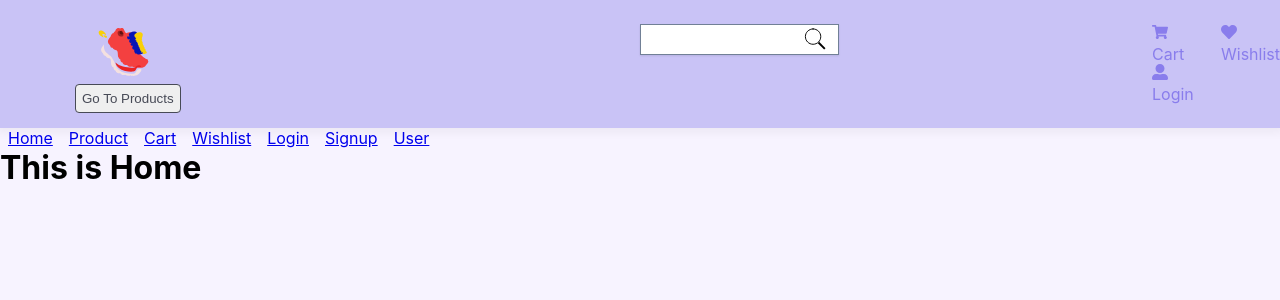
Repository: Irfan-vit/shoecase
Page: /
An editor plug-in stored every save of this project. The page is shown before and after a run of saves, followed by the edit.
The browser window is 1280 px wide. The pictures show the whole page.
The page's requests for data from a server got no answer. The project was rebuilt for these pictures with package versions that can differ from the ones it lists, and the page was loaded fresh each time. No one was signed in, and anything a server would have sent is missing. Also part of the build but not shown: src/pages/Product/ProductPage.jsx, src/pages/cart/CartPage.jsx, src/pages/wishlist/WishlistPage.jsx, src/pages/login/LoginPage.jsx, src/pages/signup/SignupPage.jsx, src/pages/user/StyledUser.jsx, src/components/forms/addAddress/AddAddress.jsx, src/components/forms/editAddress/EditAddress.jsx and 4 more.

Above is the page before, as saved 2023-05-22 04:41:31.

### src/index.js
import React, { useState } from 'react'
import { createRoot } from 'react-dom/client'
import { BrowserRouter } from 'react-router-dom'
import { makeServer } from './server'
import App from './App'

import { AuthProvider } from './context/AuthContext'
import { ToastContainer } from 'react-toastify'
import { ThemeProvider } from 'styled-components'
import { defaultTheme } from './utils/theme/theme'
import GlobalStyles from './utils/theme/Global'
import 'react-toastify/dist/ReactToastify.min.css'
import './utils/css/typography.css'
import './utils/css/colors.css'

// Call make Server
makeServer()

createRoot(document.getElementById('root')).render(
  <BrowserRouter>
    <AuthProvider>
      <ThemeProvider theme={defaultTheme}>
        <App />
        <ToastContainer />
        <GlobalStyles />
      </ThemeProvider>
    </AuthProvider>
  </BrowserRouter>,
)

### src/App.jsx
import { useEffect } from 'react'
import { Routes, Route, Link } from 'react-router-dom'
import axios from 'axios'

import Home from './pages/home/HomePage'
import Product from './pages/Product/ProductPage'
import Cart from './pages/cart/CartPage'
import Wishlist from './pages/wishlist/WishlistPage'
import Login from './pages/login/LoginPage'
import Signup from './pages/signup/SignupPage'
import User from './pages/user/User'

import RequiresAuth from './components/RequiresAuth'
import { useAuth } from './context/AuthContext'
import NavBar from './components/navBar/NavBar'

function App() {
  async function getCat() {
    const res = await axios.get('/api/products')
    const dat = res.data.products
    console.log(dat)
  }
  useEffect(() => {
    getCat()
  }, [])
  return (
    <div className="App">
      <NavBar />
      <nav>
        <Link to="/" style={{ padding: '0.5rem' }}>
          Home
        </Link>
        <Link to="/product" style={{ padding: '0.5rem' }}>
          Product
        </Link>
        <Link to="/cart" style={{ padding: '0.5rem' }}>
          Cart
        </Link>
        <Link to="/wishlist" style={{ padding: '0.5rem' }}>
          Wishlist
        </Link>
        <Link to="/login" style={{ padding: '0.5rem' }}>
          Login
        </Link>
        <Link to="/signup" style={{ padding: '0.5rem' }}>
          Signup
        </Link>
        <Link to="/user" style={{ padding: '0.5rem' }}>
          User
        </Link>
      </nav>
      <Routes>
        <Route path="/" element={<Home />} />
        <Route path="/product" element={<Product />} />
        <Route path="/wishlist" element={<Wishlist />} />
        <Route path="/login" element={<Login />} />
        <Route path="/signup" element={<Signup />} />
        {/* <Route path="/user" element={<User />} /> */}
        <Route
          path="/cart"
          element={
            <RequiresAuth>
              <Cart />
            </RequiresAuth>
          }
        />
        <Route
          path="/user"
          element={
            <RequiresAuth>
              <User />
            </RequiresAuth>
          }
        />
      </Routes>
    </div>
  )
}

export default App

### src/context/AuthContext.jsx
import { createContext, useContext, useEffect, useState } from 'react'
import { useNavigate, useLocation } from 'react-router-dom'
import axios from 'axios'
import { login, signup } from '../api/auth/apiAuth'

const AuthContext = createContext()

const AuthProvider = ({ children }) => {
  const localStorageToken = JSON.parse(localStorage.getItem('token'))
  const navigate = useNavigate()
  const location = useLocation()
  const [token, setToken] = useState(localStorageToken?.token)
  const [userDetails, setUserDetails] = useState(localStorageToken?.user)

  async function getUser({ email, password }, e) {
    try {
      e.preventDefault()
      const {
        data: { foundUser, encodedToken },
      } = await login({ email, password })
      localStorage.setItem(
        'token',
        JSON.stringify({ token: encodedToken, user: foundUser }),
      )
      setToken(encodedToken)
      setUserDetails(foundUser)
      console.log(foundUser)
      navigate(location?.state?.from?.pathname ?? '/', { replace: true })
    } catch {
      console.error('invalid Credentials')
    }
  }

  async function setUser({ email, password }, e) {
    try {
      e.preventDefault()
      const {
        data: { createdUser, encodedToken },
      } = await signup({ email, password })
      console.log(createdUser, encodedToken, 'response data')
      localStorage.setItem(
        'token',
        JSON.stringify({ token: encodedToken, user: createdUser }),
      )
      setToken(encodedToken)
      setUserDetails(createdUser)
      console.log(createdUser)
      navigate('/')
    } catch {
      console.error('invalid signup')
    }
  }
  return (
    <AuthContext.Provider
      value={{ getUser, setUser, token, setToken, userDetails, setUserDetails }}
    >
      {children}
    </AuthContext.Provider>
  )
}

const useAuth = () => useContext(AuthContext)

export { AuthProvider, useAuth }

### src/utils/theme/theme.js
import defaultColors from './defaultThemeColors'
// import typography from './typogarphy'
export const defaultTheme = {
  primaryBg: defaultColors.primaryBg,
  offSetBg: defaultColors.offSetBg,
  primaryText: defaultColors.primaryText,
  PrimaryHeading: defaultColors.PrimaryHeading,
  offSetText: defaultColors.offSetText,
  action: defaultColors.action,
  actionOffSet: defaultColors.actionOffSet,
  higilight: defaultColors.higilight,
}
export const darkTheme = {
  primaryBg: defaultColors.primaryBg,
  offSetBg: defaultColors.offSetBg,
  textOnPrimary: defaultColors.textOnPrimary,
  textOnOffSet: defaultColors.textOnOffSet,
  action: defaultColors.action,
  textColor: defaultColors.textColor,
  textMuted: defaultColors.textMuted,
}

### src/utils/theme/Global.js
import { createGlobalStyle } from 'styled-components'

const GlobalStyles = createGlobalStyle`
html {
    box-sizing: border-box;
    font-size: 16px;
    font-family: var(--font-family-body);
  }
*, *::before, *::after {
    box-sizing: inherit;
    Margin:0;
    Padding:0;
    Border:0;
}
body{
  background-color: ${(props) => props.theme.primaryBg};
}
`
export default GlobalStyles

### src/utils/css/typography.css
html {
    box-sizing: border-box;
    font-size: 16px;
    font-family: var(--font-family-body);
  }
*, *::before, *::after {
    box-sizing: inherit;
    Margin:0;
    Padding:0;
    Border:0;
}

:root{
    --font-family-hero: CircularPro, "Gill Sans", "Gill Sans MT", "Helvetica Neue", Helvetica, Arial, sans-serif;
    --font-family-headings: CircularPro, Sans, apple-system, sans-serif;
    --font-family-body: -apple-system, BlinkMacSystemFont, "Segoe UI", Roboto, Helvetica, Arial, sans-serif, "Apple Color Emoji", "Segoe UI Emoji", "Segoe UI Symbol";
    --font-family-serif: Georgia, "Times New Roman", serif;
    --font-family-mono: Menlo, Monaco, "Courier New", monospace;
    --font-xxxs: 0.425rem;
    --font-xxs: 0.625rem;
    --font-xs: 0.7rem;
    --font-sm: 0.875rem;
    --font-md: 1rem;
    --font-lg: 1.25rem;
    --font-xl: 1.5rem;
    --font-xxl: 2.25rem;
    --font-xxxl: 3rem;
    --font-xxxxl: 4rem;
    --font-weight-light: 300;
    --font-weight-normal: 400;
    --font-weight-strong: 500;
    --font-weight-semi-bold: 600;
    --font-weight-bold: 700;
    --primary-color: #6c5ce7;
    --primary-heavy: #5d4aec;
    --primary-light: #897dec;
    --text-on-primary: #ffffff;
    --primary-bg: #eceaff;
    --primary-bg-heavy: #c9c3f6;
    --secondary-color: #ffffff;
    --secondary-heavy: #ffffff;
    --secondary-light: #ffffff;
    --text-on-secondary: #6c5ce7;
    --secondary-bg: #ffffff;
    --secondary-bg-heavy: #ffffff;
    --error-color: #e62e5c;
    --error-heavy: #d31948;
    --error-light: #f086a0;
    --error-bg: #f7bac9;
    --error-bg-heavy: #8d1130;
    --spacing-unit: 6px;
    --margins: 2;
    --margin-size: (var(--margins) * 2);
    --cell-padding: (4 * var(--spacing-unit));
    --grid-gutter: (var(--margins) * var(--spacing-unit));
    --grid-margin: (var(--margin-size) * var(--spacing-unit));
    --cell-margin: (var(--grid-gutter) / 2);
    --border-radius-small: 0.125rem;
    --border-radius-medium: 0.25rem;
    --border-radius-large: 0.5rem;
    --border-radius-x-large: 1rem;
    --border-radius-circle: 50%;
    --border-radius-pill: 9999px;
    --border-size1: 1px;
    --border-size2: 2px;
    --border-size3: 3px;
    --border-size4: 4px;
    --text-color: #718096;
    --text-bright: #000;
    --text-muted: #a9b1ba;
    --bg-color: #fff;
    --background-body: #202b38;
    --background: #161f27;
    --background-alt: #1a242f;
    --box-shadow: 0 -1px 1px 0 rgba(0, 0, 0, 0.09), 0 2px 2px 0 rgba(0, 0, 0, 0.23);
    --box-shadow-x-small: 0 1px 0 #0d131e0d;
    --box-shadow-small: 0 1px 2px #0d131e1a;
    --box-shadow-medium: 0 2px 4px #0d131e1a;
    --box-shadow-large: 0 2px 8px #0d131e1a;
    --box-shadow-x-large: 0 4px 16px #0d131e1a;
    --border-color: #fff;
    --form-placeholder: #a9a9a9;
    --form-text: #fff;
    --color-focus-outline: #4299e14c;
    --tertiary-color: #8367C7;
    --complimentary-color: #F0FFF1;
    --twitter: #1da1f2;
    --slack: #4a154b;
    --github: #24292e;
    --heading-xxs: 1rem;
    --heading-xs: 1.1rem;
    --heading-sm: 1.25rem;
    --heading-md: 1.5rem;
    --heading-lg: 2rem;
    --heading-xl: 3rem;
    --heading-xxl: 4rem;
}

### src/utils/css/colors.css
:root{
    --background-color: #FFFFFF;
    --on-background-color: #2B2B2B;
    --on-background-low-color: #9598A1;
    --on-background-medium-color: #707279;
    --on-background-high-color: #2B2B2B;
    --primary-color: #6C5CE7;
    --on-primary-color: #FFFFFF;
    --border-medium-color: #EDEDED;
    --border-medium-hover-color: #CECECE;
    --border-medium-focus-color: #C6C6C6;
    --border-medium-active-color: #AFAFAF;
    --border-high-color: #BABEC9;
    --border-high-hover-color: #A3A6B0;
    --border-high-focus-color: #9DA1A9;
    --border-high-active-color: #8C8F96;
    --border-primary-color: #6C5CE7;
    --border-primary-hover-color: #8376EB;
    --border-primary-focus-color: #897DEC;
    --border-primary-active-color: #8F83ED;
    --surface-color: #FFFFFF;
    --surface-hover-color: #EDEBFC;
    --surface-active-color: #DCD8F9;
    --surface-focus-color: #E2DEFA;
    --on-surface-color: #2B2B2B;
    --on-surface-medium-color: #707279;
    --on-surface-low-color: #9598A1;
    --surface01-color: #FFFBFF;
    --surface02-color: #F7F2FD;
    --surface-primary-color: #140068;
    --surface-primary-hover-color: #3A2980;
    --surface-primary-active-color: #433386;
    --surface-primary-focus-color: #4C3D8C;
    --on-surface-primary-color: #FFFFFF;
    --surface-neutral-color: #FFFFFF;
    --surface-neutral-hover-color: #F4F5F6;
    --surface-neutral-focus-color: #F1F2F4;
    --surface-neutral-active-color: #EEEFF2;
    --on-surface-neutral-high-color: #2B2B2B;
    --on-surface-neutral-medium-color: #707279;
    --on-surface-neutral-low-color: #9598A1;
    --positive-color: #37B26C;
    --negative-color: #E62E5C;
    --warning-color: #FFC640;
    --process-color: #0984E3;
    --primary-surface-color: #F6F5FE;
    --positive-surface-color: #F3FAF6;
    --negative-surface-color: #FDF2F5;
    --warning-surface-color: #FFFCF4;
    --process-surface-color: #F0F8FD;
}

### src/backend/controllers/CategoryController.js
import { Response } from "miragejs";

/**
 * All the routes related to Category are present here.
 * These are Publicly accessible routes.
 * */

/**
 * This handler handles gets all categories in the db.
 * send GET Request at /api/categories
 * */

export const getAllCategoriesHandler = function () {
  try {
    return new Response(200, {}, { categories: this.db.categories });
  } catch (error) {
    return new Response(
      500,
      {},
      {
        error,
      }
    );
  }
};

/**
 * This handler handles gets all categories in the db.
 * send GET Request at /api/user/category/:categoryId
 * */

export const getCategoryHandler = function (schema, request) {
  const categoryId = request.params.categoryId;
  try {
    const category = schema.categories.findBy({ _id: categoryId });
    return new Response(200, {}, { category });
  } catch (error) {
    return new Response(
      500,
      {},
      {
        error,
      }
    );
  }
};

### src/backend/controllers/ProductController.js
import { Response } from "miragejs";

/**
 * All the routes related to Product are present here.
 * These are Publicly accessible routes.
 * */

/**
 * This handler handles gets all products in the db.
 * send GET Request at /api/products
 * */

export const getAllProductsHandler = function () {
  return new Response(200, {}, { products: this.db.products });
};

/**
 * This handler handles gets all products in the db.
 * send GET Request at /api/user/products/:productId
 * */

export const getProductHandler = function (schema, request) {
  const productId = request.params.productId;
  try {
    const product = schema.products.findBy({ _id: productId });
    return new Response(200, {}, { product });
  } catch (error) {
    return new Response(
      500,
      {},
      {
        error,
      }
    );
  }
};

### src/backend/db/categories.js
import { v4 as uuid } from 'uuid'
import { casual, fitness, track, sports } from '../../assets/assetsServer'
/**
 * Category Database can be added here.
 * You can add category of your wish with different attributes
 * */

export const categories = [
  {
    _id: uuid(),
    categoryName: 'casual',
    imgSrc: casual,
  },
  {
    _id: uuid(),
    categoryName: 'sports',
    imgSrc: sports,
  },
  {
    _id: uuid(),
    categoryName: 'fitness',
    imgSrc: fitness,
  },
  {
    _id: uuid(),
    categoryName: 'track',
    imgSrc: track,
  },
]

### src/backend/db/products.js
import { v4 as uuid } from 'uuid'
import {
  casualT1,
  casualT2,
  fitnessT1,
  fitnessT2,
  trackT1,
  trackT2,
  sportsT1,
  sportsT2,
} from '../../assets/assetsServer'
/**
 * Product Database can be added here.
 * You can add products of your wish with different attributes
 * */

export const products = [
  {
    _id: uuid(),
    isFeatured: false,
    title: 'Vans Old Skool',
    price: '5499',
    categoryName: 'casual',
    inWishlist: true,
    inCart: true,
    imgSrc: casualT1,
    rating: 4.5,
  },
  {
    _id: uuid(),
    isFeatured: true,
    title: 'Adidas Gazelle',
    price: '7799',
    categoryName: 'casual',
    inWishlist: false,
    inCart: false,
    imgSrc: casualT2,
    rating: 3.0,
  },
  {
    _id: uuid(),
    isFeatured: false,
    title: 'Mizuno sneakers',
    price: '13912',
    categoryName: 'fitness',
    inWishlist: false,
    inCart: false,
    imgSrc: fitnessT1,
    rating: 3.5,
  },
  {
    _id: uuid(),
    isFeatured: true,
    title: 'Reebok Hexaffect',
    price: '7999',
    categoryName: 'fitness',
    inWishlist: false,
    inCart: false,
    imgSrc: fitnessT2,
    rating: 3.0,
  },
  {
    _id: uuid(),
    isFeatured: true,
    title: 'Brroks Hyperion Max',
    price: '5999',
    categoryName: 'track',
    inWishlist: false,
    inCart: false,
    imgSrc: trackT1,
    rating: 3.5,
  },
  {
    _id: uuid(),
    isFeatured: false,
    title: 'Air Zoom Pegasus',
    price: '8996',
    categoryName: 'track',
    inWishlist: false,
    inCart: false,
    imgSrc: trackT2,
    rating: 4.5,
  },
  {
    _id: uuid(),
    isFeatured: true,
    title: 'New Balance Revlitye',
    price: '5890',
    categoryName: 'sports',
    inWishlist: false,
    inCart: false,
    imgSrc: sportsT1,
    rating: 4,
  },
  {
    _id: uuid(),
    isFeatured: false,
    title: 'Hummel Liga GK',
    price: '7199',
    categoryName: 'sports',
    inWishlist: false,
    inCart: false,
    imgSrc: sportsT2,
    rating: 3.5,
  },
]

### src/backend/db/users.js
import { v4 as uuid } from 'uuid'
import { formatDate } from '../utils/authUtils'
/**
 * User Database can be added here.
 * You can add default users of your wish with different attributes
 * Every user will have cart (Quantity of all Products in Cart is set to 1 by default), wishList by default
 * */

export const users = [
  {
    _id: uuid(),
    firstName: 'Adarsh',
    lastName: 'Balika',
    email: 'adarshbalika@gmail.com',
    password: 'adarshbalika',
    address: [],
    createdAt: formatDate(),
    updatedAt: formatDate(),
  },
  {
    _id: uuid(),
    firstName: 'Adarsh',
    lastName: 'Balika',
    email: 'balika@gmail.com',
    password: 'balika',
    address: [],
    createdAt: formatDate(),
    updatedAt: formatDate(),
  },
]

### src/pages/home/HomePage.jsx
const Home = () => {
  return (
    <>
      <h1>This is Home</h1>
    </>
  )
}

export default Home

### src/components/navBar/NavBar.jsx
import { useNavigate } from 'react-router-dom'
import { redirect } from 'react-router-dom'
import { Link } from 'react-router-dom'
import { StyledNavWrapper, StyledNav, StyledNavList } from '../../styles/index'
import { FaShoppingCart, FaHeart, FaUserAlt } from 'react-icons/fa'
import HeroLogo from '../animations/HeroAnimations/HeroLogo'

import SearchInput from '../inputs/SeacrhInput'
import Select from '../select/Select'
// import { useFilterProducts } from '../../context/filterProductsContext'

const NavBar = () => {
  // const { filterDispatch, filterState } = useFilterProducts()
  const navigate = useNavigate()
  return (
    <StyledNavWrapper>
      <StyledNav>
        <div>
          <div>
            <Link to="/">
              <HeroLogo />
            </Link>
          </div>
          <div>
            <Select />
          </div>
        </div>
        <div>
          <div>
            <SearchInput />
          </div>
          <div>
            <StyledNavList>
              <ul>
                <li>
                  <Link to="/cart">
                    <FaShoppingCart />
                    <p>Cart</p>
                  </Link>
                </li>
                <li>
                  <Link to="/wishlist">
                    <FaHeart />
                    <p>Wishlist</p>
                  </Link>
                </li>
                <li>
                  <Link to="">
                    <FaUserAlt />
                    <p>Login</p>
                  </Link>
                </li>
              </ul>
            </StyledNavList>
          </div>
        </div>
      </StyledNav>
    </StyledNavWrapper>
  )
}

export default NavBar

### src/api/auth/apiAuth.js
import axios from 'axios'

export const login = async ({ email, password }) =>
  await axios.post(`/api/auth/login`, {
    email,
    password,
  })

export const signup = async ({ email, password }) =>
  await axios.post(`/api/auth/signup`, {
    email,
    password,
  })

### src/utils/theme/defaultThemeColors.js
const defaultColors = {
  primaryBg: '#f7f3ff',
  PrimaryHeading: '#a9b1ba',
  primaryText: '#718096',
  offSetBg: '#c9c3f6',
  offSetText: '#474a56',
  action: '#885df1',
  actionOffSet: '#ffffff',

  higilight: '#897dec',
  // higilight: '#5D48B8',
}

export default defaultColors

### src/assets/assetsServer.js
import casual from './images/casual.jpg'
import casualT1 from './images/casualT1.jpg'
import casualT2 from './images/casualT2.jpg'
import fitness from './images/fitness.jpg'
import fitnessT1 from './images/fitnessT1.jpg'
import fitnessT2 from './images/fitnessT2.jpg'
import track from './images/track.jpg'
import trackT1 from './images/trackT1.jpg'
import trackT2 from './images/trackT2.jpg'
import sports from './images/sports.jpg'
import sportsT1 from './images/sportsT1.jpg'
import sportsT2 from './images/sportsT2.jpg'
import men from './images/men.jpg'
import mensT1 from './images/mensT1.jpg'
import mensT2 from './images/mensT2.jpg'
import women from './images/women.jpg'
import womensT1 from './images/womensT1.jpg'
import womensT2 from './images/womensT2.jpg'

export {
  casual,
  casualT1,
  casualT2,
  fitness,
  fitnessT1,
  fitnessT2,
  track,
  trackT1,
  trackT2,
  sports,
  sportsT1,
  sportsT2,
  men,
  mensT1,
  mensT2,
  women,
  womensT1,
  womensT2,
}

### src/styles/index.js
export * from './NavBarStyles'
export * from './SelectStyles'
export * from './SearchInputStyles'

### src/components/animations/HeroAnimations/HeroLogo.jsx
import { useLottie, useLottieInteractivity } from 'lottie-react'
import logoRun from '../../../assets/json/logo.json'
const style = {
  height: '4rem',
  width: '4rem',
  display: 'inline-block',
  cursor: 'pointer',
}

const options = {
  animationData: logoRun,
}

const HeroLogo = () => {
  const lottieObj = useLottie(options, style)
  const Animation = useLottieInteractivity({
    lottieObj,
    mode: 'cursor',
    actions: [
      {
        position: { x: [0, 1], y: [0, 1] },
        type: 'seek',
        frames: [49, 72],
      },
      {
        position: { x: -1, y: -1 },
        type: 'stop',
        frames: [72],
      },
    ],
  })

  return Animation
}

export default HeroLogo

### src/components/inputs/SeacrhInput.jsx
import Search from '../animations/Floats/Search'

import { StyledSearchInput } from '../../styles/index'
// import { useFilterProducts } from '../../context/filterProductsContext'
const SearchInput = () => {
  // const { search, setSearch } = useFilterProducts()
  return (
    <form action="">
      <StyledSearchInput>
        <input
          type="text"
          // value={search}
          // onChange={(e) => setSearch(e.target.value)}
        />
        <Search />
      </StyledSearchInput>
    </form>
  )
}
export default SearchInput

### src/components/select/Select.jsx
import { useNavigate } from 'react-router-dom'
// import { useFilterProducts } from '../../context/filterProductsContext'
import { StyledSelect } from '../../styles/index'
import { Link } from 'react-router-dom'

const Select = () => {
  // const { filterDispatch, filterState } = useFilterProducts()
  const navigate = useNavigate()
  return (
    <form action="">
      <label
        htmlFor="categories"
        onSubmit={(e) => {
          e.preventDefault()
        }}
      >
        <StyledSelect name="categories" id="categories">
          <option value="select">
            <Link
              onClick={() => {
                // filterDispatch({ type: 'reset' })
                navigate('/product')
              }}
            >
              Go To Products
            </Link>
          </option>
          <option value="casual">
            <Link
              onClick={() => {
                // filterDispatch({ type: 'casual' })
                navigate('/product')
              }}
            >
              Casual
            </Link>
          </option>
          <option value="fitness">
            <Link
              onClick={() => {
                navigate('/product')
                // filterDispatch({ type: 'fitness' })
              }}
            >
              Fitness
            </Link>
          </option>
          <option value="track">
            <Link
              onClick={() => {
                navigate('/product')
                // filterDispatch({ type: 'track' })
              }}
            >
              Track
            </Link>
          </option>
          <option value="sports">
            <Link
              onClick={() => {
                navigate('/product')
                // filterDispatch({ type: 'sports' })
              }}
            >
              Sports
            </Link>
          </option>
        </StyledSelect>
      </label>
    </form>
  )
}
export default Select

### src/styles/NavBarStyles.jsx
import styled from 'styled-components'

const StyledNavWrapper = styled.aside`
  margin-bottom: 8rem;
`

const StyledNav = styled.nav`
  box-shadow: var(--box-shadow);
  box-shadow: 0px 0px 10px 4px rgb(0 0 0 / 5%);
  z-index: 1;
  position: fixed;
  top: 0;
  width: 100%;
  height: 8rem;
  background-color: ${(props) => props.theme.offSetBg};
  margin: 0 auto;
  display: flex;
  align-items: center;
  justify-content: space-between;
  > :nth-child(1) {
    display: flex;
    flex-flow: column wrap;
    align-items: center;
    flex-basis: 20%;
    justify-content: space-around;
  }
  > :nth-child(2) {
    display: flex;
    justify-content: space-between;
    flex-basis: 80%;
    > :nth-child(1) {
      flex-basis: ;
    }
    > :nth-child(2) {
      flex-basis: 20%;
    }
  }

  @media (min-width: 900px) {
    display: flex;
    justify-content: space-between;
    align-items: center;
    > :nth-child(1) {
      display: flex;
      align-items: center;
      flex-basis: 20%;
      justify-content: space-around;
    }
    > :nth-child(2) {
      flex-basis: 50%;
    }
    > :nth-child(3) {
      flex-basis: 20%;
    }
  }
`

const StyledNavList = styled.div`
  > ul {
    display: flex;
    flex-flow: row wrap;
    list-style-type: none;
    justify-content: space-between;
    align-items: center;
    align-content: center;
  }
  > ul > li {
    flex-basis: 23%;
  }
  > ul > li > a {
    text-decoration: none;
    margin: 0;
    padding: 0;
    transition: 0.3s;
    text-decoration: underline;
    text-decoration-color: transparent;
    -webkit-text-decoration-color: transparent;
    -moz-text-decoration-color: transparent;
    text-decoration: none;
    color: ${(props) => props.theme.higilight};
    :hover,
    :active,
    :focus {
      color: ${(props) => props.theme.offSetText};
      text-decoration-line: underline;
      text-decoration-style: line;
      text-decoration-color: ${(props) => props.theme.offSetText};
      text-underline-offset: 3px;
    }
  }
`
export { StyledNavWrapper, StyledNav, StyledNavList }

### src/styles/SelectStyles.jsx
import styled from 'styled-components'
const StyledSelect = styled.select`
  outline: none;
  border: none;
  outline: none;
  cursor: pointer;
  border-radius: var(--border-size4);
  padding: var(--spacing-unit);
  color: ${(props) => props.theme.offSetText};
  border: 1px solid ${(props) => props.theme.offSetText};
  appearance: none;
  :focus {
    border: 1px solid ${(props) => props.theme.action};
    outline: none;
  }
`
export { StyledSelect }

### src/styles/SearchInputStyles.jsx
import styled from 'styled-components'

const StyledSearchInput = styled.div`
  position: relative;
  width: 100%;
  > input {
    outline: none;
    cursor: pointer;
    padding: var(--font-xxxs) var(--font-xxs);
    color: ${(props) => props.theme.primaryText};
    border: 1px solid ${(props) => props.theme.primaryHeading};
    box-shadow: var(--box-shadow-small);
    width: 100%;
    :focus {
      border: 1px solid ${(props) => props.theme.action};
      outline: none;
    }
  }
  > a {
    position: absolute;
    right: 0;
    bottom: 0%;
    transform: translate(-50%, 0%);
    color: ${(props) => props.theme.textMuted};
    cursor: pointer;
    :hover {
      color: ${(props) => props.theme.primaryColor};
    }
  }
`
export {StyledSearchInput}

### src/components/animations/Floats/Search.jsx
import { useLottie, useLottieInteractivity } from 'lottie-react'
import search from '../../../assets/json/search.json'
const style = {
  height: '1.5rem',
  display: 'inline-block',
  cursor: 'pointer',
}

const options = {
  animationData: search,
}

const Search = () => {
  const lottieObj = useLottie(options, style)
  const Animation = useLottieInteractivity({
    lottieObj,
    mode: 'cursor',
    actions: [
      {
        position: { x: [0, 1], y: [0, 1] },
        type: 'loop',
        frames: [0, 20],
      },
      {
        position: { x: -1, y: -1 },
        type: 'stop',
        frames: [0],
      },
    ],
  })

  return <a href="#">{Animation}</a>
}

export default Search

Loaded but not shown: public/index.html (common file); src/backend/utils/authUtils.js (common file); src/assets/json/logo.json (1 lines, source omitted); src/assets/json/search.json (1 lines, source omitted); src/backend/controllers/CartController.js (148 lines, source omitted); src/server.js (87 lines, source omitted); src/backend/controllers/WishlistController.js (100 lines, source omitted); src/backend/controllers/AuthController.js (101 lines, source omitted)

After the next 2 saves:
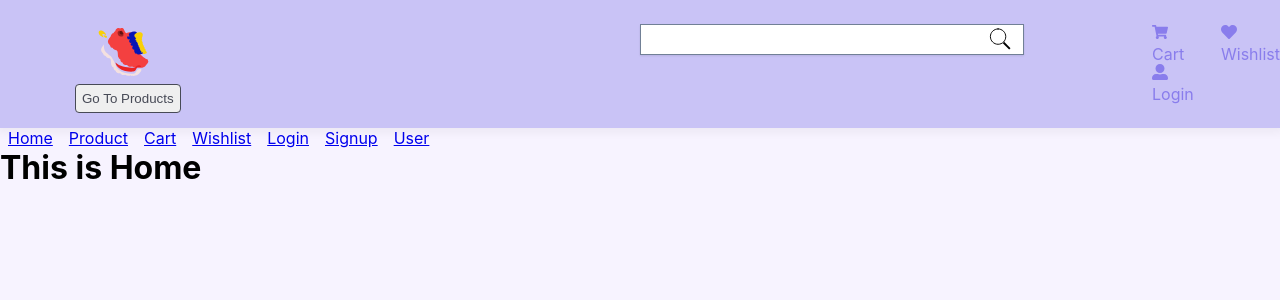
The 2 saves are shown as one change because they came seconds apart.
The last was saved 5 s later.
--- a/src/styles/NavBarStyles.jsx
+++ b/src/styles/NavBarStyles.jsx
@@ -29,7 +29,7 @@ const StyledNav = styled.nav`
     justify-content: space-between;
     flex-basis: 80%;
     > :nth-child(1) {
-      flex-basis: ;
+      flex-basis: 60%;
     }
     > :nth-child(2) {
       flex-basis: 20%;
